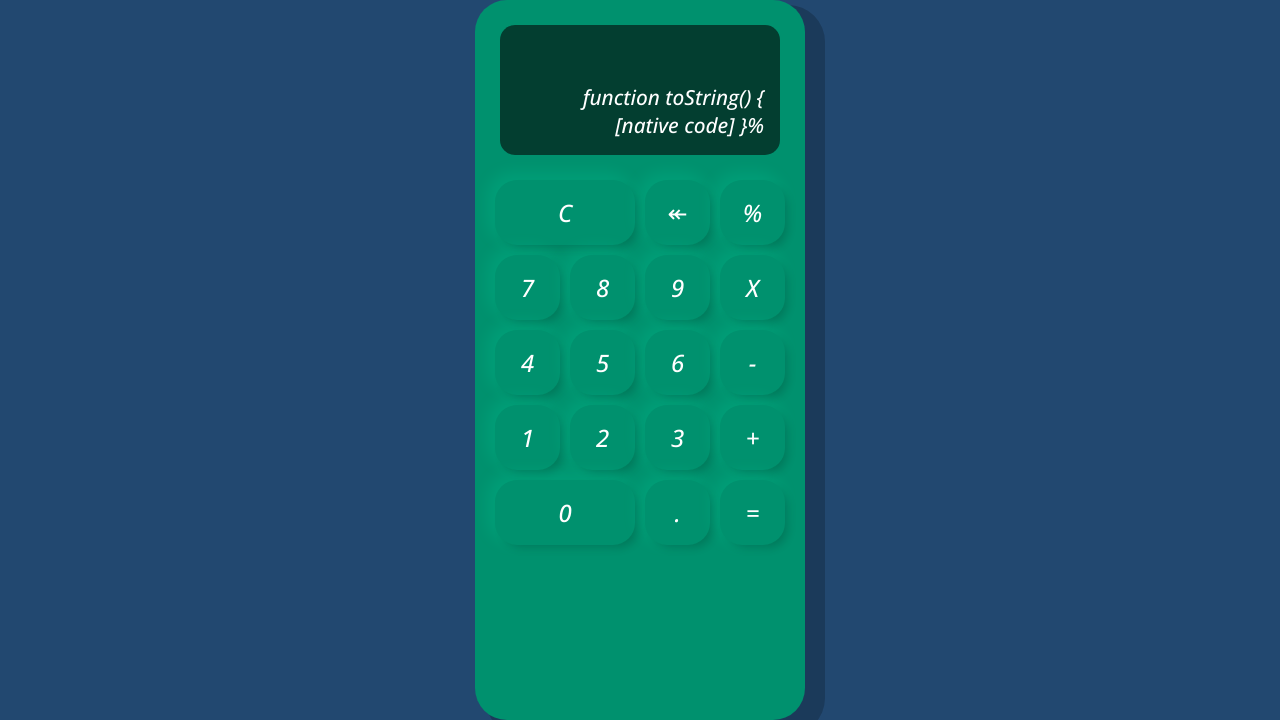
Repository: jhonenmanuel1/javaScript-calculator
Page: src/index.html
An editor plug-in stored every save of this project. The page is shown before and after the next save, followed by the edit.
The browser window is 1280 px wide. The pictures show the whole page.
After loading, the first visible `button.number` was clicked once.

Above is the page before, as saved 2022-08-10 21:31:39.

### src/index.html
<!DOCTYPE html>
<html lang="en">
  <head>
    <meta charset="UTF-8" />
    <meta http-equiv="X-UA-Compatible" content="IE=edge" />
    <meta name="viewport" content="width=device-width, initial-scale=1.0" />
    <title>JavaScript Calculator</title>
    <link href="https://fonts.googleapis.com/css2?family=Open+Sans:ital,wght@1,500&display=swap" rel="stylesheet">
    <link href="styles.css" rel="stylesheet"/>
    <script src="Display.js" type="text/javascript" ></script>
    <script src="Calculator.js" type="text/javascript" ></script>
    <script src="index.js" type="text/javascript" defer></script>
  </head>
  <body>
    <div class="container">
      <div class="calculator">
        <div class="display">
          <div id="last-value"></div>
          <div id="actual-value"></div>
        </div>
        <button class="col-2"> C</button>
        <button onclick="display.borrar()">&Larr;</button>
        <button class="number">%</button>
        <button class="number">7</button>
        <button class="number">8</button>
        <button class="number">9</button>
        <button class="operator" >X</button>
        <button class="number">4</button>
        <button class="number">5</button>
        <button class="number">6</button>
        <button class="operator">-</button>
        <button class="number">1</button>
        <button class="number">2</button>
        <button class="number">3</button>
        <button class="operator">+</button>
        <button class=" col-2 number">0</button>
        <button class="number">.</button>
        <button class="operator">=</button>
      </div>
    </div>
  </body>

</html>

### src/styles.css
* {
    font-family: 'Open Sans', sans-serif;
    color: #fff;
}
body{
    margin: 0;
    background-color: #224870;
}
.container{
    display: flex;
    justify-content: center;
    height: 100vh;

}
.calculator{
    display: grid;
    grid-template-columns: repeat(4, 75px);
    grid-template-rows: 160px repeat(5, 75px);
    background-color: #00916e;
    padding: 15px;
    border-radius: 32px;
    box-shadow: 15px  10px 0px 5px #00000033;

}
button{
    cursor: pointer;
    margin: 5px;
    padding: 0;
    border-radius: 22px;
    font-size: 1.5em;
    background-color: #00916e ;
    border: none;
    box-shadow: 5px 5px 10px -3px  #00000033, -5px -5px 15px 3px #00ffc11f ;

}
button:active{
    background-color: #006f54;
}
.col-2{
    grid-column: span 2;
}
.display{
    grid-column: 1 / -1 ;
    padding: 16px;
    display: flex;
    margin: 10px 10px 20px;
    flex-direction: column;
    align-items: flex-end ;
    background-color: #033e30;
    border-radius: 15px;
    text-align: right;
    justify-content: space-between;

}
#actual-value{
    font-size: 5.5mm;
}
#last-value{
    font-size: 8.6mm;
}

### src/Display.js
class Display {
    constructor(displayLastValue,displayActualValue ){
        this.displayActualValue = displayActualValue;
        this.displayLastValue = displayLastValue;
        this.calculator = new Calculator();
        this.actualValue = ``;
        this.lastValue =``;


    }
    borrar (){

    }
    addNumber(num){
        if(num ==='.' && this.actualValue.includes('.') ) return
        this.actualValue = this.actualValue.toString + num;
        this.printValues();

    }
    printValues(){
        this.displayActualValue.textContent = this.actualValue;
        this.displayLastValue.textContent = this.lastValue
    }
}

### src/Calculator.js
class Calculator{
  sum(num1,num2){
    return num1 + num2
  }
  res(num1,num2){
    return num1 - num2
  }
  div(num1,num2){
    return num1 / num2
  }
  mul(num1,num2){
    return num1 * num2
  }

}

### src/index.js
const displayLastValue = document.getElementById('last-value');
const displayActualValue = document.getElementById('actual-value');
const numberButtons = document.querySelectorAll(".number");
const operatorButtons = document.querySelectorAll(".operator");

const calculator = new Calculator();
const display = new Display(displayLastValue,  displayActualValue);

numberButtons.forEach(boton =>
    boton.addEventListener('click', ()=>{
        display.addNumber(boton.innerHTML)
    })
    );

After the next save:
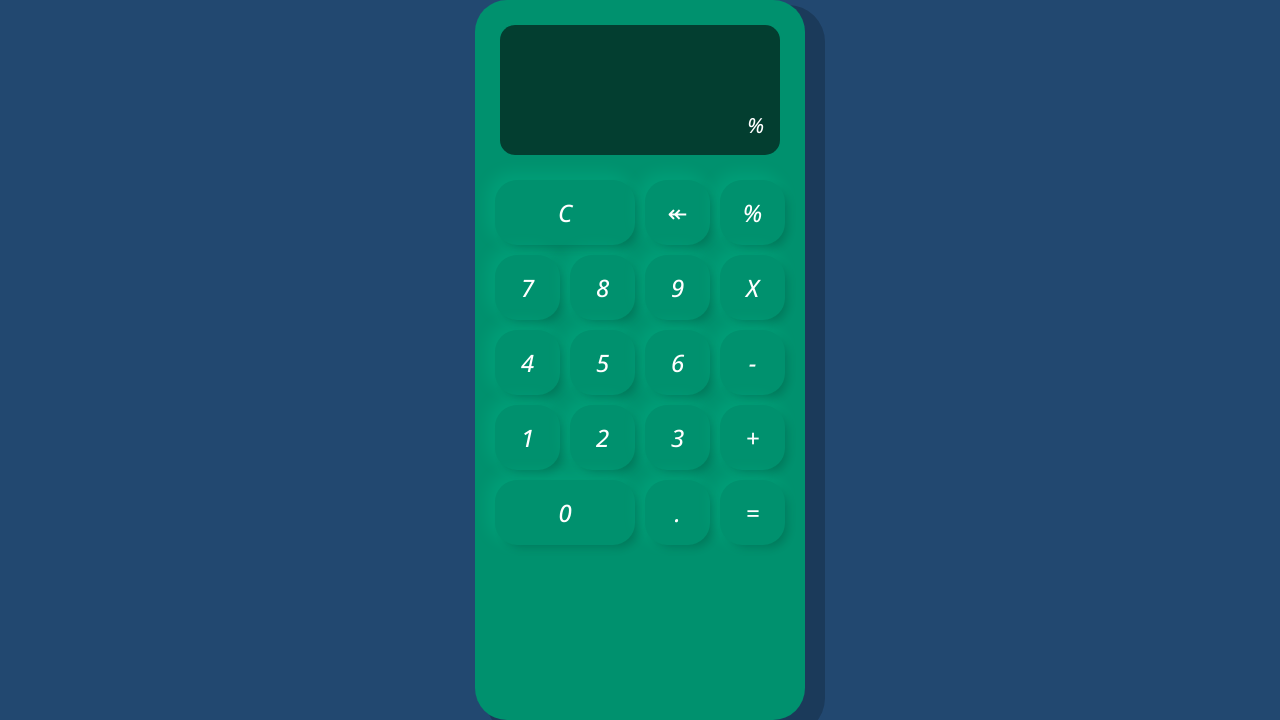
Saved 29 s later.
--- a/src/Display.js
+++ b/src/Display.js
@@ -13,7 +13,7 @@ class Display {
     }
     addNumber(num){
         if(num ==='.' && this.actualValue.includes('.') ) return
-        this.actualValue = this.actualValue.toString + num;
+        this.actualValue = this.actualValue + num;
         this.printValues();
 
     }
